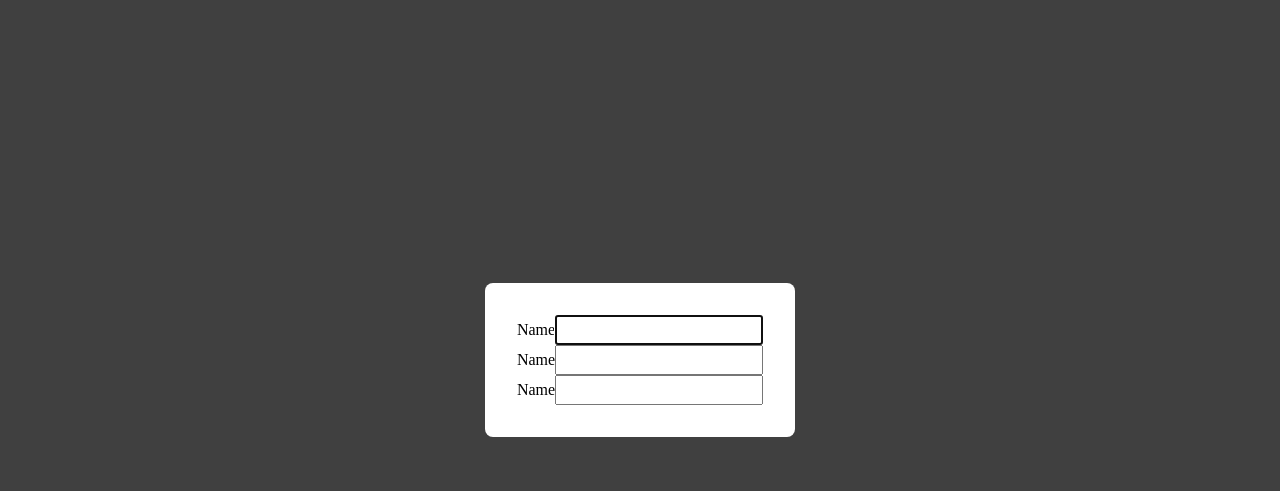
Repository: hjubsoni/hex-ocean-task
Page: /, after clicking the first element matching `button.order-button`
An editor plug-in stored every save of this project. The page is shown before and after the next save, followed by the edit.
The browser window is 1280 px wide. The pictures show the whole page.
The project was rebuilt for these pictures with package versions that can differ from the ones it lists, and the page was loaded fresh each time. Also part of the build but not shown: vite.config.ts.

Above is the page before, as saved 2023-03-21 22:25:41.

### index.html
<!DOCTYPE html>
<html lang="en">
  <head>
    <meta charset="UTF-8" />
    <link rel="icon" type="image/svg+xml" href="/vite.svg" />
    <meta
      name="viewport"
      content="width=device-width, initial-scale=1.0"
    />
    <title>Vite + React + TS</title>
  </head>
  <body>
    <div id="root"></div>
    <script type="module" src="/src/main.tsx"></script>
  </body>
</html>

### src/App.tsx
import React from 'react';
import './App.css';
import { ShoppingBag } from 'react-feather';
import ModalForm from './components/ModalForm';

function App() {
  const [isModalOpen, setIsModalOpen] = React.useState(false);

  const toggleIsOpenModal = () => {
    setIsModalOpen(!isModalOpen);
  };

  return (
    <>
      <div className="wrapper">
        <button className="order-button" onClick={toggleIsOpenModal}>
          <div className="icon-wrapper">
            <ShoppingBag color="white" />
          </div>
          <span className="order-button-text">Order</span>
        </button>
      </div>
      {isModalOpen && <ModalForm handleDismiss={toggleIsOpenModal} />}
    </>
  );
}

export default App;

### src/index.css
*,
*::before,
*::after {
  box-sizing: border-box;
}

* {
  margin: 0;
}

html,
body,
#root {
  height: 100%;
}

body {
  line-height: 1.5;
  -webkit-font-smoothing: antialiased;
}

img,
picture,
video,
canvas,
svg {
  display: block;
  max-width: 100%;
}

input,
button,
textarea,
select {
  font: inherit;
}

p,
h1,
h2,
h3,
h4,
h5,
h6 {
  overflow-wrap: break-word;
}

#root,
#__next {
  isolation: isolate;
}

### src/App.css
.wrapper {
  height: 100%;
  display: flex;
  justify-content: center;
  align-items: center;
}

.order-button {
  display: flex;
  width: 180px;
  height: 2.625rem;
  align-items: center;
  padding: 4px 8px;
  gap: 8px;
  border-radius: 8px;
  background: #184fee;
  cursor: pointer;
  border: none;
}

.order-button-text {
  font-size: 1.5rem;
  color: white;
  margin-left: auto;
  margin-right: auto;
}

.icon-wrapper {
  animation-duration: 2s;
}

.order-button:hover > .icon-wrapper {
  animation-name: bounce;
  animation-timing-function: cubic-bezier(0.28, 0.84, 0.42, 1);
}
@keyframes bounce {
  0% {
    transform: scale(1, 1) translateY(0);
  }
  10% {
    transform: scale(1.1, 0.9) translateY(0);
  }
  30% {
    transform: scale(0.9, 1.1) translateY(-5px);
  }
  50% {
    transform: scale(1.05, 0.95) translateY(0);
  }
  57% {
    transform: scale(1, 1) translateY(-2px);
  }
  64% {
    transform: scale(1, 1) translateY(0);
  }
  100% {
    transform: scale(1, 1) translateY(0);
  }
}

### src/components/ModalForm/index.tsx
export { default } from './ModalForm';

### src/components/ModalForm/ModalForm.tsx
import React from 'react';
import FocusLock from 'react-focus-lock';
import { X } from 'react-feather';
import './styles.css';

function ModalForm({ handleDismiss }: { handleDismiss: () => void }) {
  return (
    <FocusLock>
      <div className="wrapper">
        <div className="backdrop" />
        <form className="modal-form">
          <div>
            <label className="form-label">Name</label>
            <input />
          </div>
          <div>
            <label className="form-label">Name</label>
            <input />
          </div>
          <div>
            <label className="form-label">Name</label>
            <input />
          </div>
        </form>
      </div>
    </FocusLock>
  );
}

export default ModalForm;

### src/components/ModalForm/styles.css
.wrapper {
  position: fixed;
  inset: 0;
  display: grid;
  place-content: center;
  padding: 16px;
}

.backdrop {
  position: absolute;
  inset: 0;
  background: hsl(0deg 0% 0% / 0.75);
}

.modal-form {
  position: relative;
  background: white;
  border-radius: 8px;
  padding: 32px;
  display: flex;
  flex-direction: column;
}

.form-label {
  display: inline-block;
  font-weight: 500;
}

Loaded but not shown: src/main.tsx (common file)

After the next save:
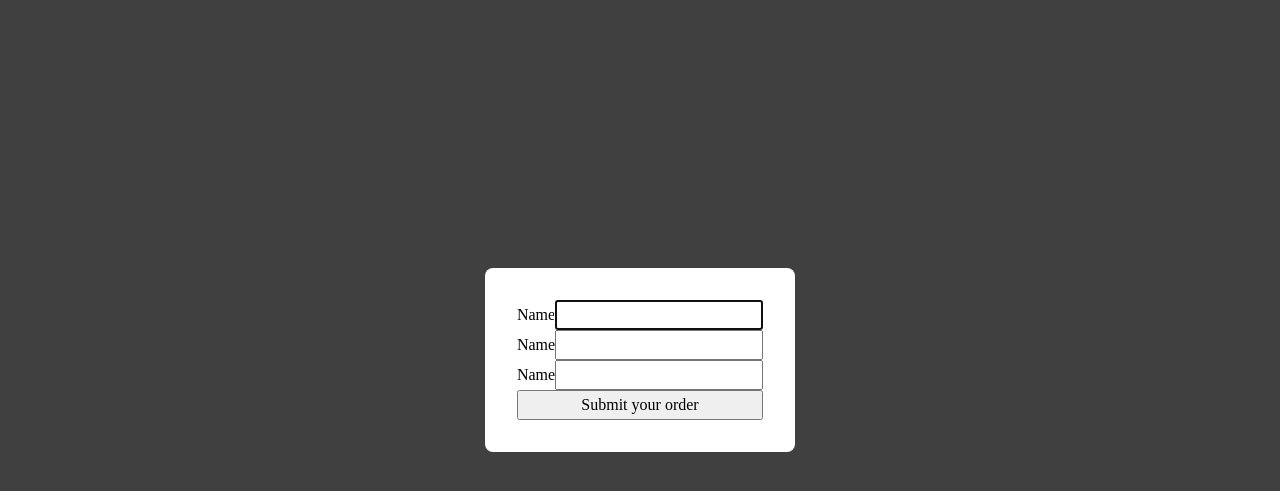
Saved 84 s later.
--- a/src/components/ModalForm/ModalForm.tsx
+++ b/src/components/ModalForm/ModalForm.tsx
@@ -21,6 +21,7 @@ function ModalForm({ handleDismiss }: { handleDismiss: () => void }) {
             <label className="form-label">Name</label>
             <input />
           </div>
+          <button type="submit">Submit your order</button>
         </form>
       </div>
     </FocusLock>
